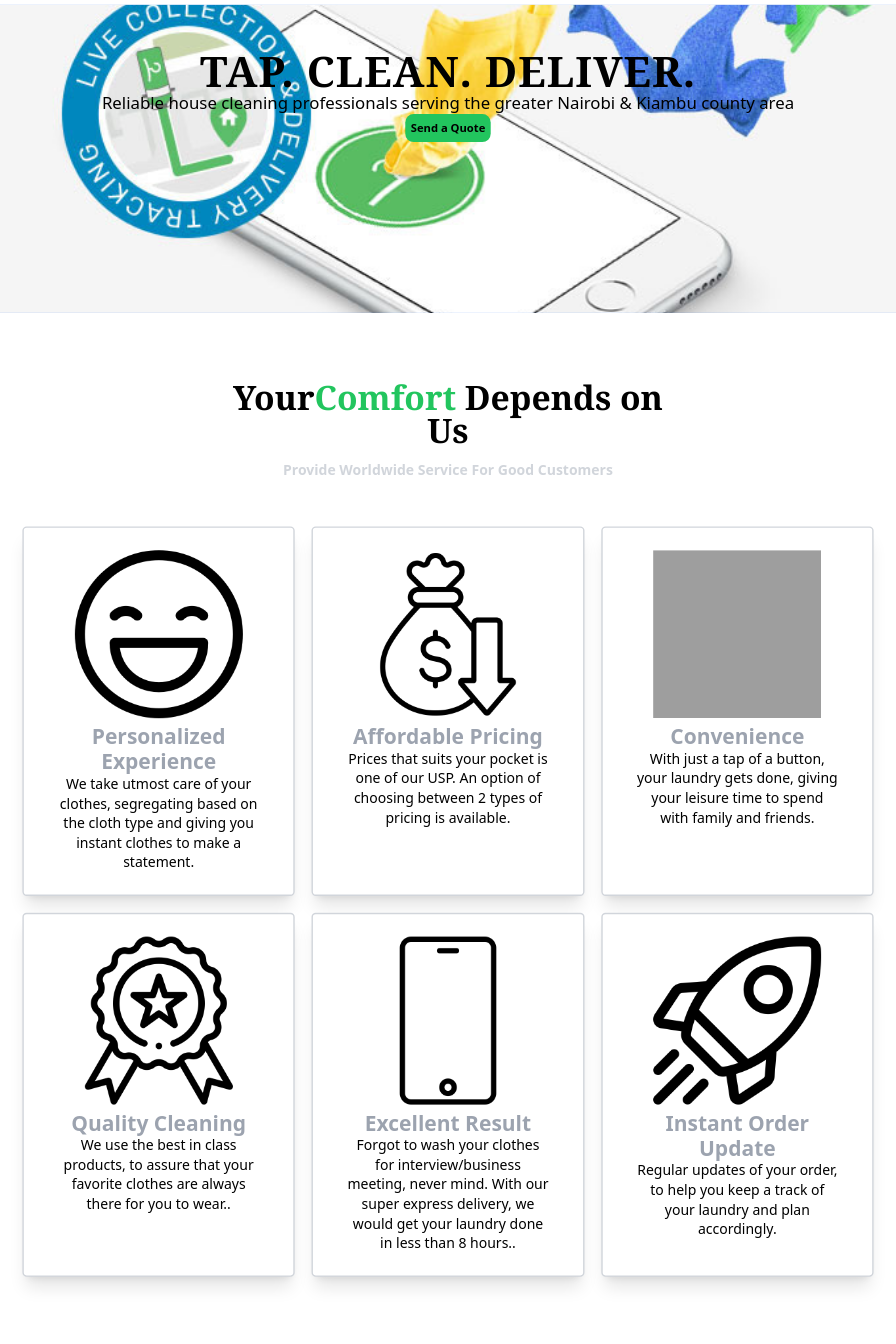
Repository: remydev47/smartlaundry
Page: /
The author's editor kept a copy of each file at every save. The page is drawn from the files as they stood at one save, then again after the next save.
The browser window is 1280 px wide. The pictures show the part of the page from y = 4350 to 6270 px (the page is 6270 px tall before and 6262 px after), at 70% of full size.
Pictures or frames that could not be fetched are drawn as grey boxes. The project was rebuilt for these pictures with package versions that can differ from the ones it lists, and the page was loaded fresh each time. The framework's server and built-in components were replaced by stand-ins that run in the browser. Also part of the build but not shown: next.config.js, components/Prices.tsx, components/Testimonial.tsx, components/Pricing.tsx, components/Footer.tsx.

Above is the page before, as saved 2022-10-24 16:46:47.

After the next save:
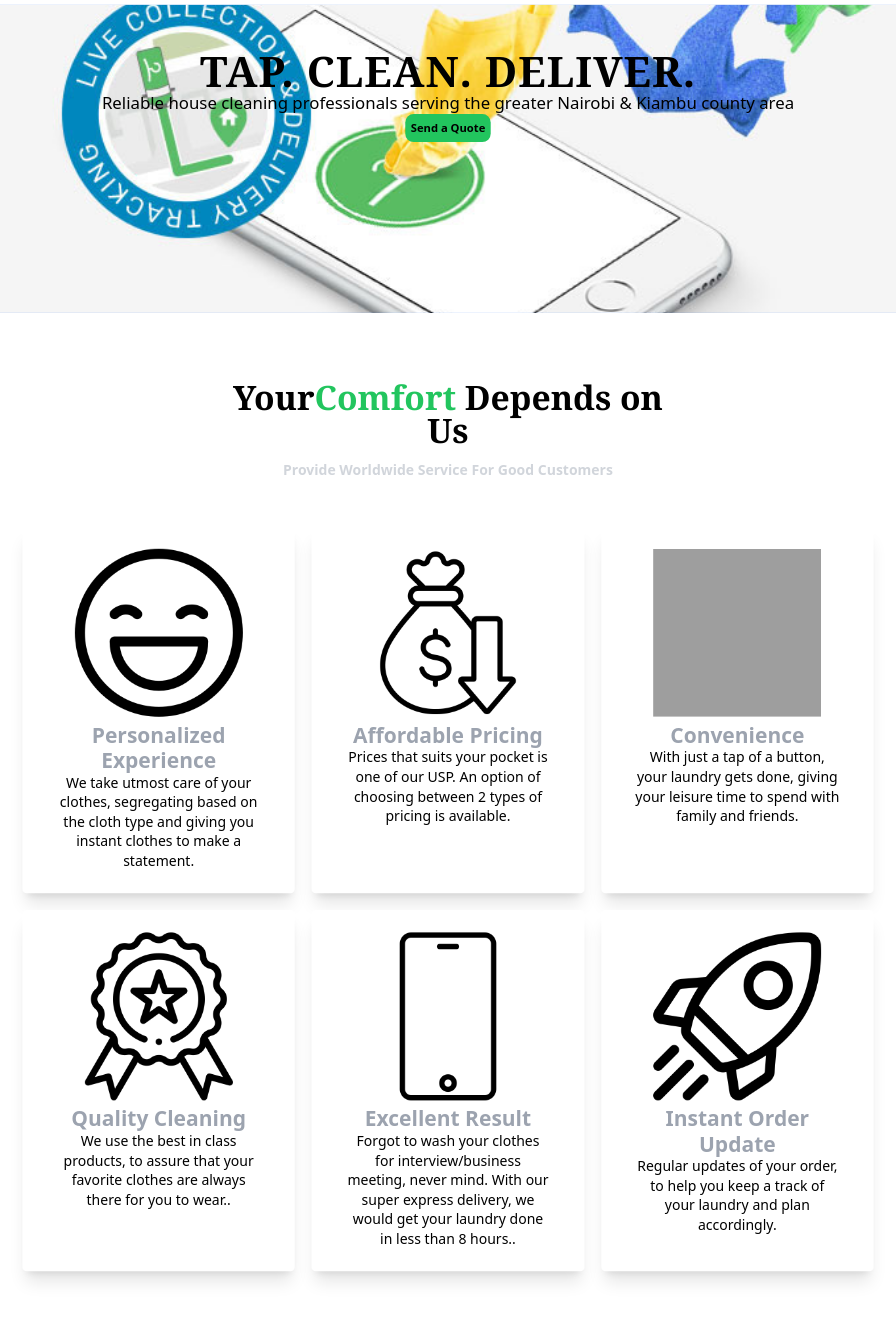
Saved 30 s later.
--- a/components/Reasons.tsx
+++ b/components/Reasons.tsx
@@ -46,7 +46,7 @@ const Reasons = () => {
 
     <div className="grid max-w-md grid-cols-1 gap-6 mx-auto mt-8 text-center lg:max-w-full lg:mt-16 lg:grid-cols-3">
       {reasons.map((item, i) => (
-     <div className="overflow-hidden bg-white shadow-xl border-2 border-gray-300 rounded-md hover:bg-blue-700">
+     <div className="overflow-hidden bg-white shadow-xl border-gray-300 rounded-md hover:bg-blue-700">
           <div className="p-8 xl:px-12 flex flex-col items-center justify-center">
              <div>
               <img
